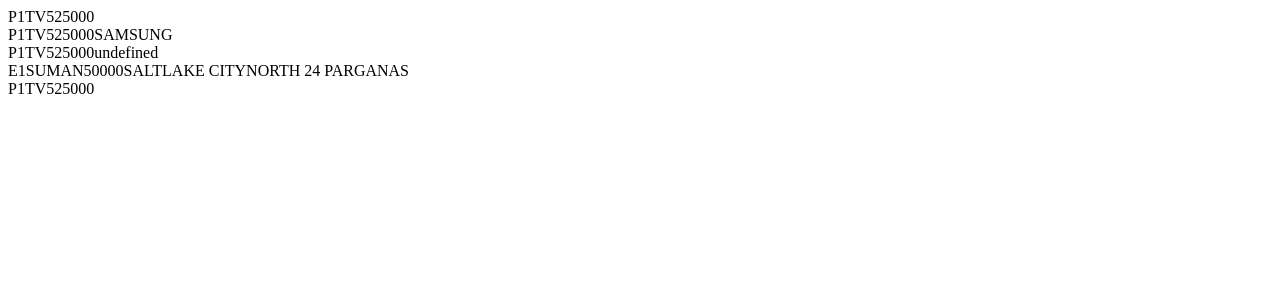
Repository: arindamslt/JEECoding
Page: JEE_FRONTEND/src/main/webapp/04JavascriptObject.html
These files come from the project's save history. The page is drawn as it stood at one moment and after the next save; the edit follows.
The browser window is 1280 px wide. The pictures show the whole page.

Above is the page before, as saved 2025-07-17 06:30:51.

After the next save:
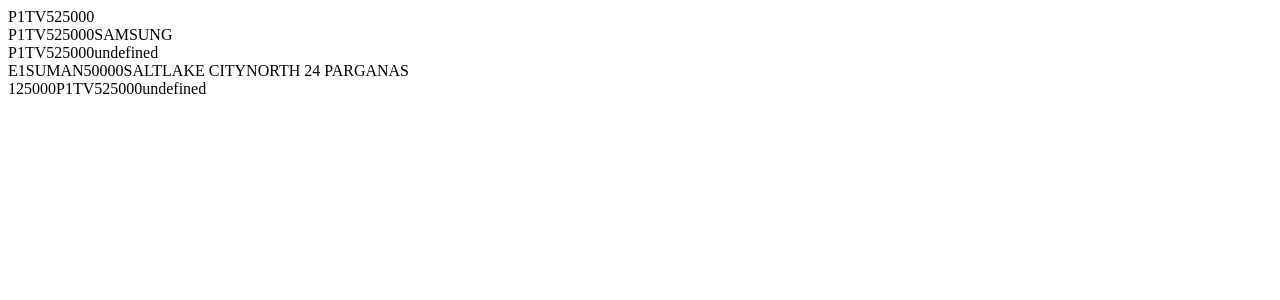
Saved 45 s later.
--- a/JEE_FRONTEND/src/main/webapp/04JavascriptObject.html
+++ b/JEE_FRONTEND/src/main/webapp/04JavascriptObject.html
@@ -46,7 +46,8 @@
 			document.write(this.pqty*this.price);
 		}
    }
-   document.write(product.pid,product.pname,product.pqty,product.price);
+   document.write(products.pid,products.pname,products.pqty,products.price,products.totalprice());
+
 </script>
 </head>
 <body>

After the save that followed:
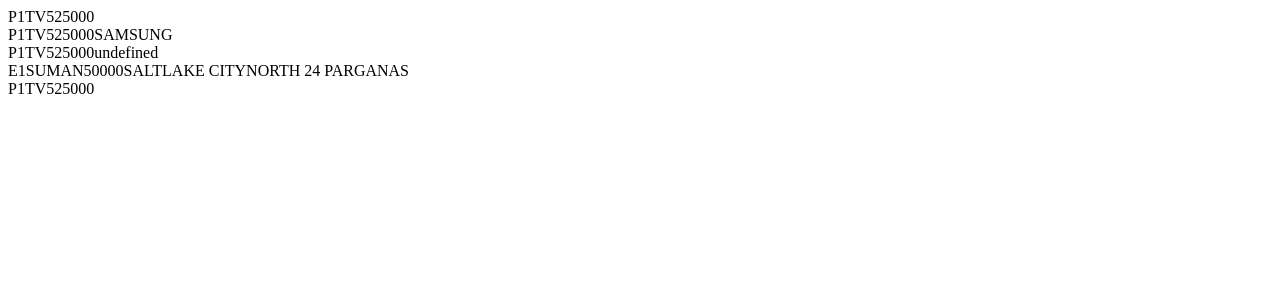
Saved 29 s later.
--- a/JEE_FRONTEND/src/main/webapp/04JavascriptObject.html
+++ b/JEE_FRONTEND/src/main/webapp/04JavascriptObject.html
@@ -46,7 +46,7 @@
 			document.write(this.pqty*this.price);
 		}
    }
-   document.write(products.pid,products.pname,products.pqty,products.price,products.totalprice());
+   document.write(products.pid,products.pname,products.pqty,products.price);
 
 </script>
 </head>
